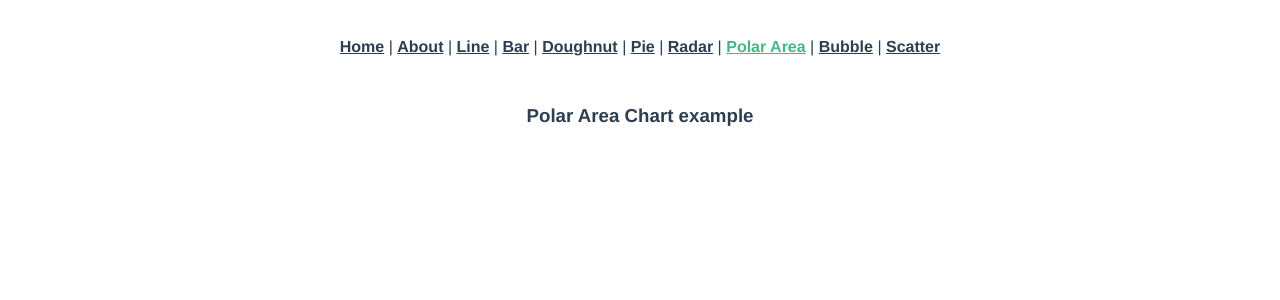
Repository: nashthecoder/vue_learn
Page: /polar-area (app in client/)
An editor plug-in stored every save of this project. The page is shown before and after the next save, followed by the edit.
The browser window is 1280 px wide. The pictures show the whole page.
The project was rebuilt for these pictures with package versions that can differ from the ones it lists, and the page was loaded fresh each time. Imported but missing from the stored project, and not drawn on this page: client/src/views/Home.vue.

Above is the page before, as saved 2020-12-11 15:37:39.

After the next save:
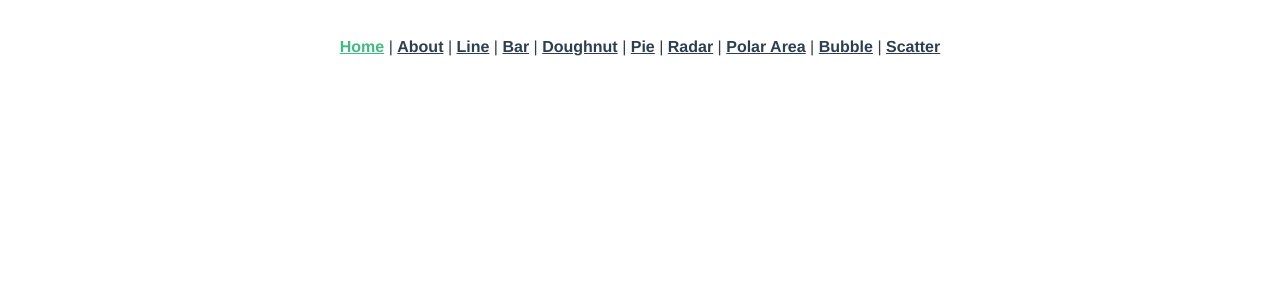
Saved 30 s later.
--- a/client/src/components/PolarAreaChart.vue
+++ b/client/src/components/PolarAreaChart.vue
@@ -2,7 +2,7 @@
 import { PolarArea } from "vue-chartjs";
 
 export default {
-  extends: PolarArea,
+  extends: polarArea,
   data() {
     return {
       chartData: {

After the save that followed:
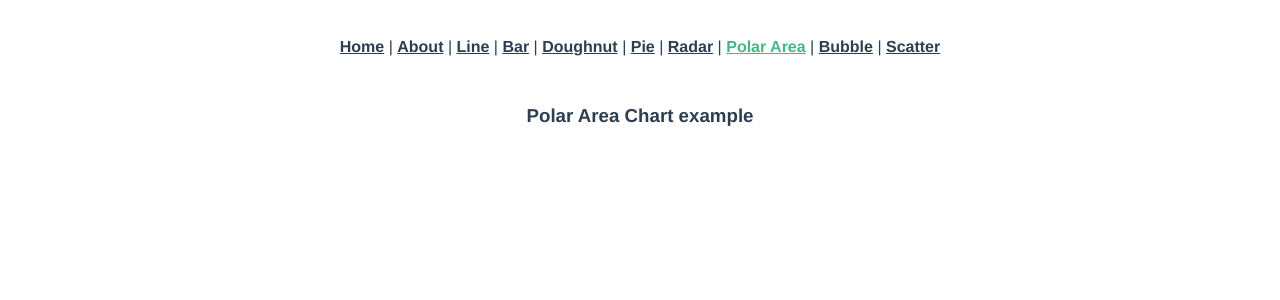
Saved 39 s later.
--- a/client/src/components/PolarAreaChart.vue
+++ b/client/src/components/PolarAreaChart.vue
@@ -2,7 +2,7 @@
 import { PolarArea } from "vue-chartjs";
 
 export default {
-  extends: polarArea,
+  extends: PolarArea,
   data() {
     return {
       chartData: {
